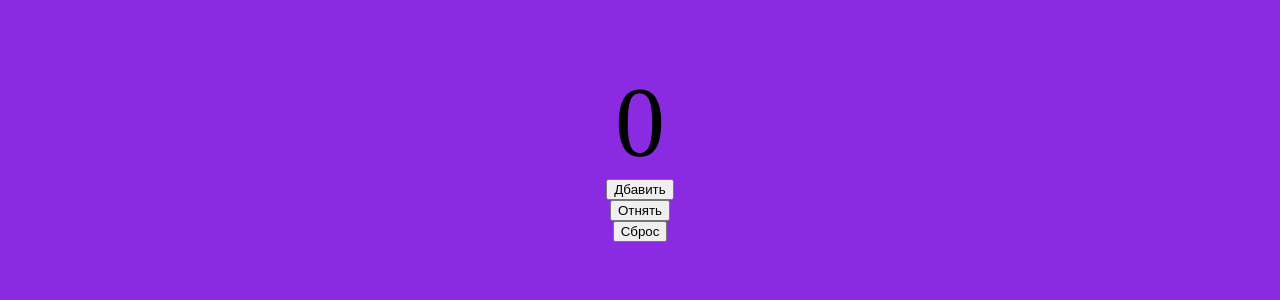
Repository: Denzoll/redux-toolkit-counter
Page: /
An editor plug-in stored every save of this project. The page is shown before and after the next save, followed by the edit.
The browser window is 1280 px wide. The pictures show the whole page.
The project was rebuilt for these pictures with package versions that can differ from the ones it lists, and the page was loaded fresh each time. Also part of the build but not shown: src/index.css.

Above is the page before, as saved 2022-06-27 13:31:34.

### src/index.js
import React from 'react';
import ReactDOM from 'react-dom/client';
import './index.css';
import App from './App';
import { store } from './app/store';
import { Provider } from 'react-redux/es/exports';


const root = ReactDOM.createRoot(document.getElementById('root'));
root.render(

   <Provider store={store}>
    <App />

  </Provider>

);

// If you want to start measuring performance in your app, pass a function
// to log results (for example: reportWebVitals(console.log))
// or send to an analytics endpoint. Learn more: https://bit.ly/CRA-vitals

### src/App.js
import { useSelector, useDispatch } from "react-redux";
import { minus, plus, zero } from "./feauters/counterReducer";
import './App.css'

function App() {
  const num = useSelector((state) => state.counter);
  const dispach = useDispatch();
  const handleInc = () => {
    dispach(plus());
  };
  const handleDel = () => {
    dispach(minus());
  };

  const z = () => {
    dispach(zero());
  };
  return (
    <>
    <div className="cont">
      <div className="count">{num}</div>
      <button onClick={handleInc}> Дбавить </button>
      <button onClick={handleDel}>Отнять</button>
      <button onClick={z}> Сброс </button>
      </div>
    </>
  );
}

export default App;

### src/app/store.js
import { configureStore } from "@reduxjs/toolkit";
import counterReducer from "../feauters/counterReducer";

export const  store = configureStore({
    reducer:counterReducer
})

### src/feauters/counterReducer.js
import { createAction } from "@reduxjs/toolkit/";
import { createReducer } from "@reduxjs/toolkit";

const initialState = {
  counter: 0,
};
export const plus = createAction("plus");
export const minus = createAction("minus");
export const zero = createAction("zero");

const counterReducer = createReducer(initialState, (builder) => {
  builder
    .addCase(plus, (state, action) => {
      state.counter += 1;
    })
    .addCase(minus, (state) => {
      if (state.counter > 0) {
        state.counter -= 1;
      }
    })
    .addCase(zero, (state) => {
      state.counter = 0;
    });
});

export default counterReducer;

### src/App.css
body {
  background-color: blueviolet;
  margin:0 auto;
  width: 90%;
  margin-top: 5%;
}



.cont {
  display: flex;
  flex-direction: column;
  align-items: center;
}

.count {
  font-size: 100px;

}

Loaded but not shown: public/index.html (common file)

After the next save:
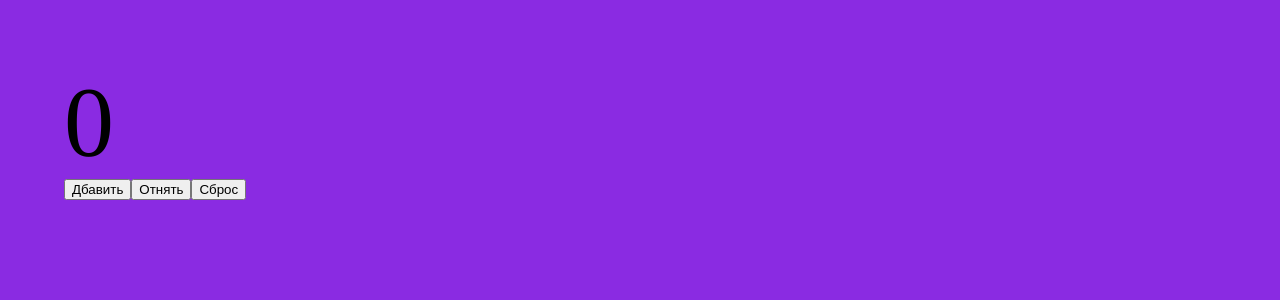
Saved 44 s later.
--- a/src/App.css
+++ b/src/App.css
@@ -8,9 +8,7 @@ body {
 
 
 .cont {
-  display: flex;
-  flex-direction: column;
-  align-items: center;
+
 }
 
 .count {
